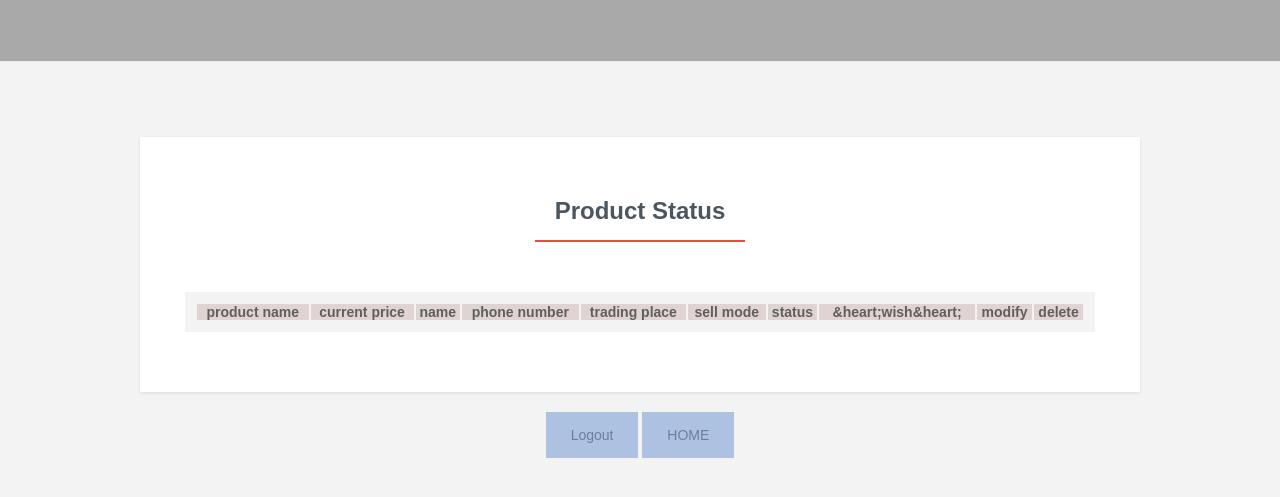
Repository: 0suh/SKKU_Web_project
Page: http://localhost/2018312257_YoungSuhChin_project/productstatus.jsp
An editor plug-in stored every save of this project. The page is shown before and after the next save, followed by the edit.
The browser window is 1280 px wide. The pictures show the whole page.
The page is served by Tomcat 9. Queries for data that is not in the repository find no rows.

Above is the page before, as saved 2020-12-21 14:16:14.

### FinalProject/2018312257_YoungSuhChin_project/WebContent/productstatus.jsp
<%@ page language="java" contentType="text/html; charset=utf-8"
    pageEncoding="utf-8"%>
<%@ page import="java.util.*" %>

<!DOCTYPE html>
<%@ page import = "java.sql.*" %>
<html>
<head>
<meta charset="utf-8">
<title>product status</title>
<link rel="stylesheet" href="css/main.css"> <!-- link with css file -->
<link rel="stylesheet" href="css/login-register.css"> <!-- link with css file -->
</head>
<body>
<ul>
<li></li>
</ul>

<div class="main-content">
<%
response.setContentType("text/html;charset=utf-8");
request.setCharacterEncoding("utf-8"); //set charset, encoding
Class.forName("com.mysql.cj.jdbc.Driver"); //load driver
Connection con=null; //declare connection
Statement stmt=null; //declare statement
ResultSet rs=null; //declare result

try
{
	con=DriverManager.getConnection("jdbc:mysql://localhost:3306/dbuser","root","root"); //create connection
	stmt=con.createStatement();

	String query="select productname,price,name,phonenumber,tradingplace,sellmode,status from product"; //sql select query
	rs=stmt.executeQuery(query); //execute query and store in resultset object rs.
%>
   <form class="form-register" action="memberdelete.jsp" method="post"  > <!-- goto memberdelete.jsp -->

   <div class="form-register-with-ID">
   <div class="form-white-background" style="width:1000px">
     <div class="form-title-row">
    <h1>Product Status</h1>
    </div>

   <table style="color:#5f5f5f;background-color: #f3f3f3;text-align: center;padding:10px;width:100%;margin:0px auto">

   <tr style="background-color:#e0d4d3">
   <td>product name</td> <!-- table for product name -->
   <td>current price</td> <!-- table for price -->
   <td>name</td> <!-- table for name -->
   <td>phone number</td> <!-- table for phone number -->
   <td>trading place</td> <!-- table for trading place -->
   <td>sell mode</td> <!-- table for sell mode -->
   <td>status</td><!-- table for status -->
   <td>&heart;wish&heart;</td> <!-- table for the number of wish -->
   <td>modify</td> <!-- table for modify -->
   <td>delete</td> <!-- table for delete -->
   </tr>
   <%
   while(rs.next()){ //get object's field value
	   %>
	   <tr>

	   <td><%=rs.getString("productname") %></td> <!-- get product name -->
	   <td><%=rs.getString("price") %></td> <!-- get price -->
	   <td><%=rs.getString("name") %></td> <!-- get name -->
	   <td><%=rs.getString("phonenumber") %></td> <!-- get phone number -->
	   <td><%=rs.getString("tradingplace") %></td> <!-- get trading place -->
	   <td><%=rs.getString("sellmode") %></td> <!-- get sellmode -->
	   <td><%=rs.getString("status") %></td> <!-- get status -->
	   <td><%=rs.getString("wish") %></td> <!-- get the number of wish -->
	   <td><a href="modifyproduct.jsp?mod=<%=rs.getString("productname") %>" style="text-decoration: none; color:#6caee0">modify</a></td><!-- modify member -->
	   <td><a href="deleteproduct.jsp?del=<%=rs.getString("productname") %>" style="text-decoration: none; color:#6caee0">delete</a></td><!-- delete member -->
     </tr>
     <%
     } //end of the while
   %>
     </table>
     </div>
     <a href="logout.jsp" class="form-log-in-with-existing">Logout</a> <!-- log out -->

   <a href="welcomeseller.jsp" class="form-log-in-with-existing">HOME</a> <!-- return to home page -seller -->
    </div>
   </form>
   <%
   rs.close(); // ResultSet exit
   stmt.close(); // Statement exit
   con.close();  // Connection exit
}
   catch(SQLException e){
   out.println("err:"+e.toString());
   }
   %>
   </div>

</body>
</html>

### FinalProject/2018312257_YoungSuhChin_project/WebContent/css/main.css
@import url('http://fonts.googleapis.com/css?family=Open+Sans:400,700');

*{ /*entire setting*/
    margin: 0;
    padding: 0;
    box-sizing: border-box;
}

html{
	background-color: #efefef;
}

body{
	font:14px/1.5 Arial, Helvetica, sans-serif;
	margin:0;
}


ul {/*ul design (menu bar)*/
    list-style: none;
    border-bottom: 1px solid #EAEAEA;
    background-color: #A9A9A9;
    padding: 20px;
    margin-top: 0;
    text-align: center;
    margin-bottom: 75px;
}

ul a{/*ul menu bar link design*/
    text-decoration: none;
    color: #FFF;
    text-align: left;
    background-color: #bfcbde;
    padding: 10px 16px;
    border-radius: 2px;
    opacity: 0.8;
    font-size: 16px;
    display: inline-block;
    margin: 4px;
    line-height: 1;
    outline: none;

    transition: 0.2s ease;
}

ul li a.active{ /*menu hyperlink effect*/
    background-color:#bfcbde;
    pointer-events: none;
}

ul li a:hover { /*when mouse is on hyperlink*/
    opacity: 1;
}


ul li{ /*list design*/
    display: inline-block;

}


.main-content{/*main-content div design*/
    margin-bottom: 75px;
}

### FinalProject/2018312257_YoungSuhChin_project/WebContent/css/login-register.css
html{/*entire html color*/
    background-color: #f3f3f3;
}

.form-register{ /*div form-register design*/
    max-width: 1000px;
    width: 100%;
    margin: 0 auto;
    font: bold 14px sans-serif;
    text-align: center;
}

.form-register-with-ID{/*div form register ID*/
    position: relative;
    display: inline-block;
    vertical-align: top;
    margin-right: 30px;
    text-align: center;
}

.form-register-with-ID .form-white-background{/*div form white background design*/
    width: 570px;
    box-sizing: border-box;
    background-color: #ffffff;
    box-shadow: 0 1px 3px 0 rgba(0, 0, 0, 0.1);
    padding: 60px 45px;
    margin-bottom: 35px;
}

.form-register-with-ID .form-row{ /*form low design*/
    text-align: left;
    margin-bottom: 23px;
}

.form-register-with-ID .form-title-row{ /*form title row design*/
    text-align: center;
    margin-bottom: 50px;
}

.form-register-with-ID h1{ /*h1 text design in form register with ID div*/
    display: inline-block;
    box-sizing: border-box;
    color:  #4c565e;
    font-size: 24px;
    padding: 0 20px 15px;
    border-bottom: 2px solid #e74c3c;
    margin: 0;
}

.form-register-with-ID .form-row > label span{ /*label span design*/
    display: inline-block;
    box-sizing: border-box;
    color:  #5f5f5f;
    width: 125px;
    text-align: right;
    padding-right: 25px;
}
.classification-checkbox{ /*input type:check box design*/
	display: inline-block;
	box-sizing:border-box;
	width: 125px;
	text-align:center;
	color:  #5f5f5f;
}
#classification{/*id=classification design*/
	margin-right: 10px;

}
.form-register-with-ID input{/*register input blank design*/
    color:  #5f5f5f;
    box-sizing: border-box;
    width: 230px;
    box-shadow: 1px 2px 4px 0 rgba(0, 0, 0, 0.08);
    padding: 12px 18px;
    border: 1px solid #dbdbdb;
}
.form-register-with-ID button{/*register ID button*/
    display: block;
    border-radius: 2px;
    background-color:  #6caee0;
    color: #ffffff;
    font-weight: bold;
    box-shadow: 1px 2px 4px 0 rgba(0, 0, 0, 0.08);
    padding: 15px 35px;
    border: 0;
    margin: 55px auto 0;
    cursor: pointer;
}

.form-register-with-ID .form-log-in-with-existing{/*form log in with existing-div design*/
    text-decoration: none;
    padding: 15px 25px;
    font-weight: normal;
    color: #6d7f9c;
    background-color: #adc1e0;
}

After the next save:
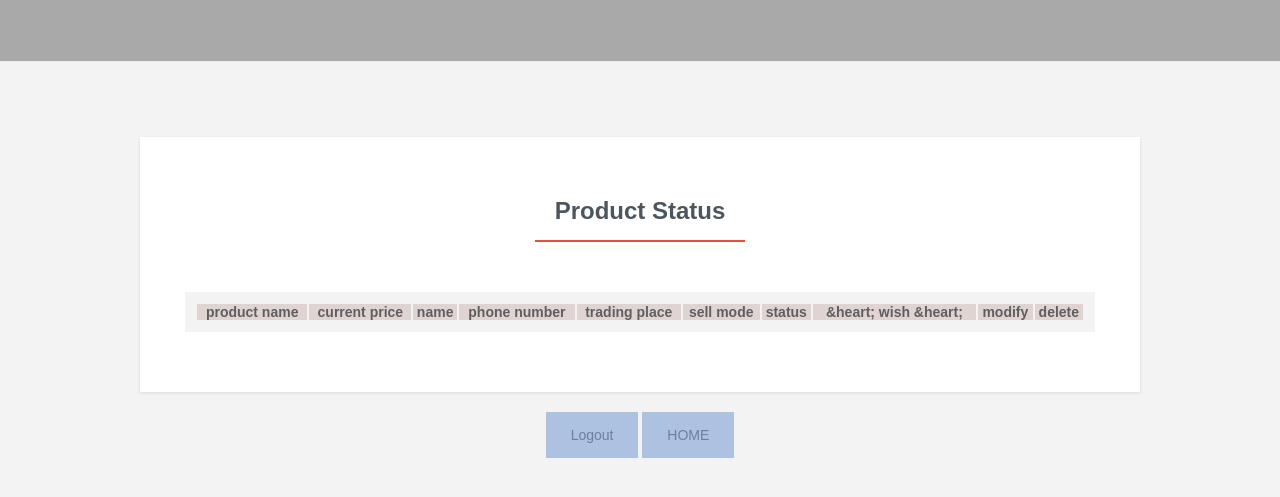
Saved 29 s later.
--- a/FinalProject/2018312257_YoungSuhChin_project/WebContent/productstatus.jsp
+++ b/FinalProject/2018312257_YoungSuhChin_project/WebContent/productstatus.jsp
@@ -30,7 +30,7 @@ try
 	con=DriverManager.getConnection("jdbc:mysql://localhost:3306/dbuser","root","root"); //create connection
 	stmt=con.createStatement();
 
-	String query="select productname,price,name,phonenumber,tradingplace,sellmode,status from product"; //sql select query
+	String query="select productname,price,name,phonenumber,tradingplace,sellmode,status,wish from product"; //sql select query
 	rs=stmt.executeQuery(query); //execute query and store in resultset object rs.
 %>
    <form class="form-register" action="memberdelete.jsp" method="post"  > <!-- goto memberdelete.jsp -->
@@ -51,7 +51,7 @@ try
    <td>trading place</td> <!-- table for trading place -->
    <td>sell mode</td> <!-- table for sell mode -->
    <td>status</td><!-- table for status -->
-   <td>&heart;wish&heart;</td> <!-- table for the number of wish -->
+   <td>&heart; wish &heart; </td> <!-- table for the number of wish -->
    <td>modify</td> <!-- table for modify -->
    <td>delete</td> <!-- table for delete -->
    </tr>
